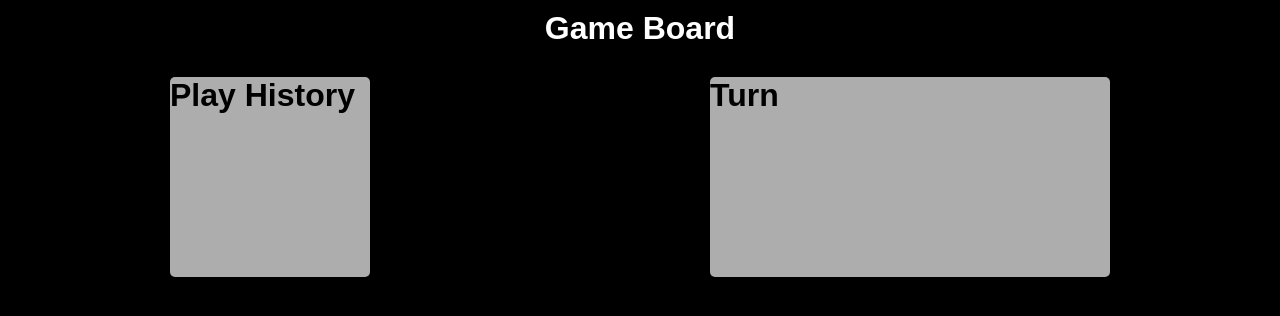
Repository: programmer686/Mastermind-with-Next.js
Page: /, after clicking the first element matching `button.StartScreen_51d34_startscreen__play_button`
The author's editor kept a copy of each file at every save. The page is drawn from the files as they stood at one save, then again after the next save.
The browser window is 1280 px wide. The pictures show the whole page.
The project was rebuilt for these pictures with package versions that can differ from the ones it lists, and the page was loaded fresh each time. The framework's server and built-in components were replaced by stand-ins that run in the browser. Also part of the build but not shown: next.config.js, src/styles/StartScreen.module.css.

Above is the page before, as saved 2023-07-15 19:26:28.

### src/pages/index.js

import Head from 'next/head'
import Image from 'next/image'
import { Inter } from 'next/font/google'
import styles from '@/styles/Home.module.css'
import StartScreen from '@/comps/StartScreen'
import { useState } from 'react'
import GameBoard from '@/comps/GameBoard'

const inter = Inter({ subsets: ['latin'] })

export default function Home() {
  const [startGame, setStartGame] = useState(true);

  function handleStart() {
    setStartGame(prev => prev ? prev == false : prev == prev);
  }
  return (
    <>
      <Head>
        <title>Create Next App</title>
        <meta name="description" content="Generated by create next app" />
        <meta name="viewport" content="width=device-width, initial-scale=1" />
        <link rel="icon" href="/favicon.ico" />
      </Head>
     <main className={styles.index__body}>
        {startGame ? <StartScreen handleStart={handleStart}/> : <GameBoard/>}
     </main>
    </>
  )
}

### src/styles/Home.module.css


.index__body {
  margin: 0;
  padding: 0;
  box-sizing: border-box;
  width: 100vw;
  height: 100vh;
  background-color: black;
}

### src/comps/StartScreen.js
import styles from '@/styles/StartScreen.module.css'

export default function StartScreen(props) {
    return (
        <main className={styles.startscreen__body}>
            <p className={styles.startscreen__game_name}>Mastermind Game</p>
            <button onClick={props.handleStart} className={styles.startscreen__play_button}>Play Game</button>
        </main>
    )
}

### src/comps/GameBoard.js
import styles from '@/styles/GameBoard.module.css'
import PastPlay from './PastPlay'
import GamePlay from './GamePlay'

export default function GameBoard() {
    return (
        <main>
            <div className={styles.GameBoard__header}>
                <h1 className={styles.GameBoard__name}>Game Board</h1>
            </div>
            <div className={styles.GameBoard__body}>
                <PastPlay/>
                <GamePlay/>
            </div>
        </main>
    )
}

### src/styles/GameBoard.module.css
.GameBoard__header {
    width: 100%;
    padding: 10px 0px;
    text-align: center;
}

.GameBoard__body {
    width: 100%;
    padding: 20px 0px;
    display: flex;
    justify-content: space-around;
    align-items: center;
}

.GameBoard__name {
    font-weight: bolder;
    font-family: Arial, Helvetica, sans-serif;
    color: white;
}

### src/comps/PastPlay.js
import styles from '@/styles/PastPlay.module.css'

export default function PastPlay() {
    return (
        <main className={styles.PastPlay__board}>
            <h1 className={styles.PastPlay__name}>Play History</h1>
        </main>
    )
}

### src/comps/GamePlay.js
import styles from '@/styles/GamePlay.module.css'

export default function GamePlay() {
    return (
        <main className={styles.GamePlay__board }>
            <h1 className={styles.GamePlay__title}>Turn</h1>
        </main>
    )
}

### src/styles/PastPlay.module.css
.PastPlay__board {
    width: 200px;
    border-radius: 5px;

    min-height: 200px;
    background: rgb(173, 173, 173);
}


.PastPlay__name {
    font-weight: bolder;
    font-family: Arial, Helvetica, sans-serif;
    color: black;
}

### src/styles/GamePlay.module.css
.GamePlay__board {
    width: 400px;
    border-radius: 5px;
    min-height: 200px;
    background: rgb(173, 173, 173);
}

.GamePlay__title {
    font-weight: bolder;
    font-family: Arial, Helvetica, sans-serif;
    color: black;
}

Loaded but not shown: src/pages/_app.js (common file); src/pages/_document.js (common file); src/styles/globals.css (common file)

After the next save:
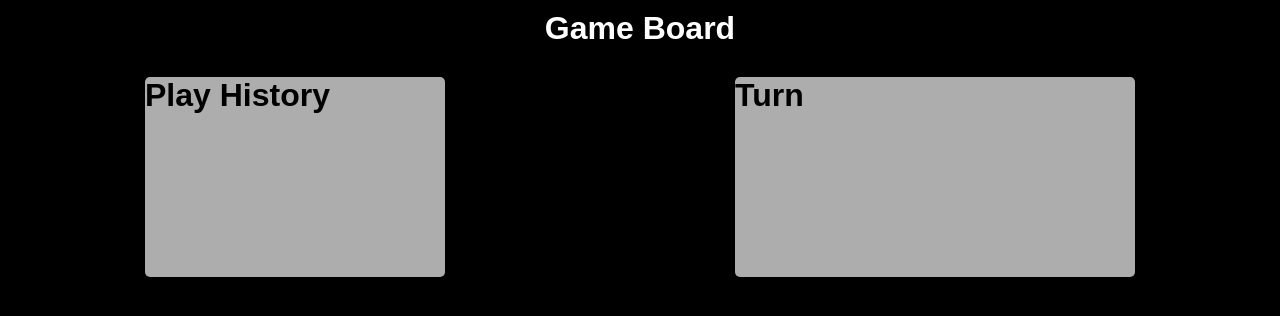
Saved 7 s later.
--- a/src/styles/PastPlay.module.css
+++ b/src/styles/PastPlay.module.css
@@ -1,5 +1,5 @@
 .PastPlay__board {
-    width: 200px;
+    width: 300px;
     border-radius: 5px;
 
     min-height: 200px;
